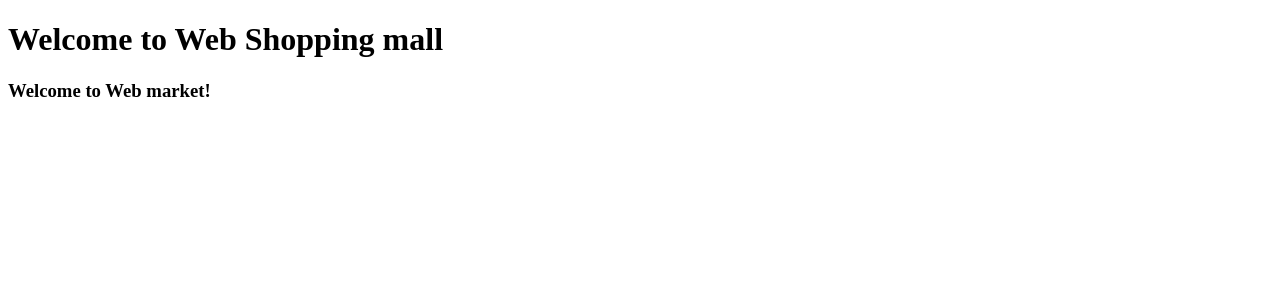
Repository: ramperrit/JSP
Page: http://localhost/WebMarket/welcome.jsp
These files come from the project's save history. The page is drawn as it stood at one moment and after the next save; the edit follows.
The browser window is 1280 px wide. The pictures show the whole page.
The page is served by Tomcat 9.

Above is the page before, as saved 2024-02-21 01:00:32.

After the next save:
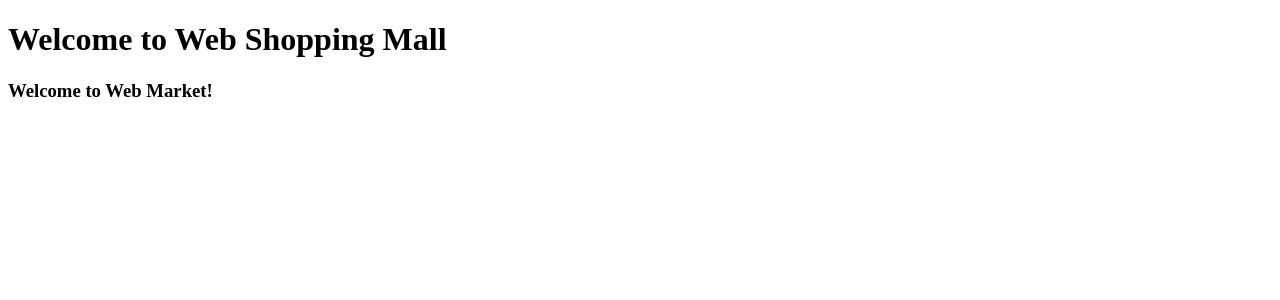
Saved 8 min 2 s later.
--- a/WebMarket/src/main/webapp/welcome.jsp
+++ b/WebMarket/src/main/webapp/welcome.jsp
@@ -7,7 +7,11 @@
 <title>Welcome</title>
 </head>
 <body>
-<h1>Welcome to Web Shopping mall</h1>
-<h3>Welcome to Web market!</h3>
+	<%!
+		String greeting = "Welcome to Web Shopping Mall";
+		String tagline = "Welcome to Web Market!";
+	%>
+	<h1> <%= greeting  %> </h1>
+	<h3> <%= tagline  %> </h3>
 </body>
 </html>
